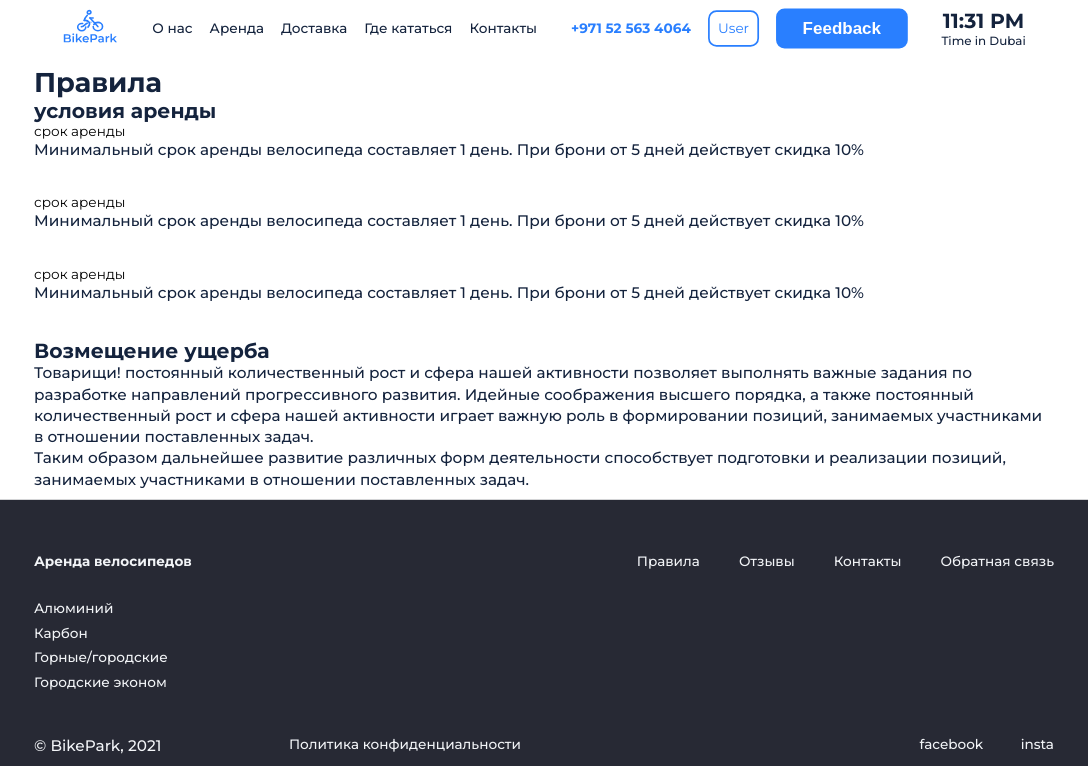
Repository: NineSirius/bikepark
Page: /delivery/rules
These files come from the project's save history. The page is drawn as it stood at one moment and after the next save; the edit follows.
The browser window is 1280 px wide. The pictures show the whole page, at 85% of full size.
The project was rebuilt for these pictures with package versions that can differ from the ones it lists, and the page was loaded fresh each time. The framework's server and built-in components were replaced by stand-ins that run in the browser. Also part of the build but not shown: next.config.js.

Above is the page before, as saved 2023-03-14 21:23:20.

### src/pages/_app.jsx
import { Layout } from '@/containers/Layout'
import '@/styles/globals.css'
import { Montserrat } from 'next/font/google'

const montserrat = Montserrat({
    weight: ['400', '500', '600', '700'],
    subsets: ['latin'],
})

export default function App({ Component, pageProps }) {
    return (
        <>
            <div className={montserrat.className}>
                <Layout>
                    <Component {...pageProps} />
                </Layout>
            </div>
        </>
    )
}

### src/pages/delivery/rules/index.jsx
import { RulesPage } from "@/containers/RulesPage";

const Rules = () => {
  return <RulesPage />;
};

export default Rules;

### src/containers/Layout/index.jsx
import { Footer } from '@/components/Footer'
import { Navbar } from '@/components/Navbar'
import React from 'react'

export const Layout = ({ children }) => {
    return (
        <>
            <Navbar />

            <main className="main">{children}</main>
            <Footer/>
        </>
    )
}

### src/styles/globals.css
*,
*::before,
*::after {
    box-sizing: border-box;
    margin: 0;
    padding: 0;
}

:root {
    --primary-color: #297fff;
    --primary-hover-color: #005eff;

    --bg-color: #f2f4f7;
    --borders-color: #dde3eb;
    --captions-color: #abb1c5;
    --text-box-color: #737b98;
    --text-color: #14233d;
    --bg-footer: #272934;

    --max-width: 1240px;

    --big-title-size: 4.375rem;
    --medium-title-size: 3.75rem;
    --subtitle-size: 2.5rem;
    --main-text-size: 1.875rem;
    --caption-size: 1.25rem;
    --link-size: 1rem;
}

a {
    color: var(--primary-color);
    font-size: 16px;
    font-weight: 500;
    text-decoration: none;
}

a:hover {
    color: var(--primary-hover-color);
    text-decoration: underline;
}
p {
    font-weight: 500;
    font-size: 18px;
    line-height: 140%;

    color: var(--text-color);
}
ul {
    list-style: none;
}

h1,
h2,
h3,
h4,
h5,
h6 {
    color: var(--text-color);
}

ul {
    list-style: none;
}
.container {
    max-width: var(--max-width);
    margin: 0 auto;
    padding: 10px 20px;
}

.card {
    background: #f2f4f7;
    border-radius: 20px;
    padding: 50px 40px;
}

.overlay {
    position: fixed;
    top: 0;
    left: 0;
    width: 100vw;
    height: 100vh;
    background: rgba(0, 0, 0, 0.5);
    z-index: 10;
    visibility: hidden;
    opacity: 0;
    transition: 0.2s;
}

.overlay.active {
    visibility: visible;
    opacity: 1;
}

### src/containers/RulesPage/index.jsx
import styles from "./RulesPage.module.css";

export const RulesPage = () => {
  return (
    <div className="container">
      <div className="cards">
        <h1 className="title">Правила</h1>
        <h2 className="subtitile">условия аренды</h2>
        <div className={styles.cards}>
          <div >
            <span className="caption">срок аренды</span>
            <p className="text">
              Минимальный срок аренды велосипеда составляет 1 день. При брони от
              5 дней действует скидка 10%
            </p>
          </div>
          <div>
            <span className="caption">срок аренды</span>
            <p className="text">
              Минимальный срок аренды велосипеда составляет 1 день. При брони от
              5 дней действует скидка 10%
            </p>
          </div>
          <div>
            <span className="caption">срок аренды</span>
            <p className="text">
              Минимальный срок аренды велосипеда составляет 1 день. При брони от
              5 дней действует скидка 10%
            </p>
          </div>

          <div>
            <h2 className="subtitle">Возмещение ущерба</h2>
            <p>
              Товарищи! постоянный количественный рост и сфера нашей активности
              позволяет выполнять важные задания по разработке направлений
              прогрессивного развития. Идейные соображения высшего порядка, а
              также постоянный количественный рост и сфера нашей активности
              играет важную роль в формировании позиций, занимаемых участниками
              в отношении поставленных задач.
            </p>
            <p>
              Таким образом дальнейшее развитие различных форм деятельности
              способствует подготовки и реализации позиций, занимаемых
              участниками в отношении поставленных задач.
            </p>
          </div>
        </div>
      </div>
    </div>
  );
};

### src/components/Footer/index.jsx
import styles from "./footer.module.css";
import Link from "next/link";
import clsx from "clsx";

export const Footer = () => {
  return (
    <footer className={styles.footer}>
      <div className={clsx(styles.footerContent, "container")}>
        <div className={styles.links}>
          <h4 className={styles.white}>Аренда велосипедов</h4>
          <div className={styles.gap}>
            <Link className={styles.a} href="">
              Правила
            </Link>
            <Link className={styles.a} href="">
              Отзывы
            </Link>
            <Link className={styles.a} href="">
              Контакты
            </Link>
            <Link className={styles.a} href="">
              Обратная связь
            </Link>
          </div>
        </div>

        <ul className={styles.ul}>
          <div className={styles.heightLink}>
            <li>
              <Link className={styles.a} href="">
                Алюминий
              </Link>
            </li>
            <li>
              <Link className={styles.a} href="">
                Карбон
              </Link>
            </li>
            <li>
              <Link className={styles.a} href="">
                Горные/городские
              </Link>
            </li>
            <li>
              <Link className={styles.a} href="">
                Городские эконом
              </Link>
            </li>
          </div>
        </ul>
        <div className={styles.last}>
          <p className={styles.white}>© BikePark, 2021</p>
          <Link className={styles.a} href="">
            Политика конфиденциальности
          </Link>
          <div className={styles.social}>
            <Link className={styles.a} href="">
              facebook
            </Link>
            <Link className={styles.a} href="">
              insta
            </Link>
          </div>
        </div>
      </div>
    </footer>
  );
};

### src/containers/RulesPage/RulesPage.module.css
@media (max-width: 1400px) {
  .cards {
    display: flex;
    flex-wrap: wrap;

    gap: 40px;
  }
}

### src/components/Footer/footer.module.css
.footer {
  background: var(--bg-footer);
}
.ul {
  padding: 10px 0;
}
.a {
  color: var(--bg-color);
}
.df {
  display: flex;
  justify-content: space-between;
  max-width: 600px;
}
.links {
  margin-top: 53px;
  display: flex;
  justify-content: space-between;
}
.gap {
  display: flex;
  gap: 46px;
}
.white {
  color: var(--bg-color);
}
.heightLink {
  display: flex;
  margin-top: 26px;
  flex-direction: column;
  gap: 10px;
}
.last {
  display: flex;
  justify-content: space-between;
}
.social {
  display: flex;
  gap: 44px;
  margin-left: auto;
}

.last {
  display: flex;
  margin-top: 44px;

  gap: 150px;
}

### src/components/UI/Button/index.jsx
import clsx from 'clsx'
import styles from './Button.module.css'

const Button = ({ children, type, onClick, disabled }) => {
    return (
        <button
            className={clsx(styles.btn, type && styles[type])}
            onClick={onClick && onClick}
            disabled={disabled && disabled}
        >
            {children}
        </button>
    )
}

export default Button

### src/components/Navbar/style.module.css
.header {
    display: flex;
}

.logo {
    max-width: 66px;
}

.nav {
    display: flex;
    align-items: center;
    gap: 20px;
}

.navContainer {
    display: flex;
    align-items: center;
    gap: 40px;
    padding: 20px 40px;
}

.mobileNavContainer {
    display: flex;
    align-items: center;
    gap: 40px;
}

.navLink {
    color: var(--text-color);
}

.navLink.active {
    color: var(--primary-color);
    font-weight: 700;
}

.navLink:hover {
    text-decoration: none;
}

.controls {
    display: flex;
    align-items: center;
    gap: 20px;
}

.phone {
    font-weight: 700;
}

.navTime {
    display: flex;
    flex-direction: column;
    align-items: center;
}

.navTime span {
    font-weight: 500;
    color: var(--text-color);
    font-size: 14px;
}

.hamburger {
    display: none;
}

/* Modal */

@media (max-width: 1200px) {
    .navContainer {
        align-items: start;
    }

    .mobileNavContainer {
        justify-content: center;
        align-items: center;
        flex-direction: column;
    }
    .controls {
        margin-left: auto;
        order: 2;
    }

    .logo {
        order: 1;
    }

    .nav {
        order: 3;
    }

    .navTime {
        width: max-content;
    }
}

@media (max-width: 768px) {
    .navContainer {
        position: relative;
        width: 100vw;
        gap: 10px;
    }

    .logo {
        margin-right: auto;
        z-index: 13;
    }
    .navTime {
        margin-left: auto;
    }

    .mobileNavContainer {
        position: fixed;
        bottom: 0;
        right: 0;
        width: 100vw;
        height: 100%;
        flex-wrap: nowrap;
        flex-direction: column;
        align-items: start;
        background: #fff;
        z-index: 11;

        transition: 0.2s;
        transform: translateX(100%);
    }

    .mobileNavContainer .nav {
        padding: 40px;
        align-items: start;
        flex-direction: column;
        gap: 40px;
        order: 1;
    }

    .mobileNavContainer .nav a {
        font-size: 24px;
    }

    .mobileNavContainer .controls {
        width: 100%;
        display: flex;
        flex-direction: column;
        margin: unset;
        padding: 40px;
    }

    .logo,
    .navTime {
        z-index: 15;
    }

    .mobileNavContainer.active {
        transform: translateX(0);
    }
}

### src/components/UI/Tooltip/index.jsx
import clsx from 'clsx'
import { useState } from 'react'
import Button from '../Button'
import styles from './Tooltip.module.css'

export const Tooltip = ({ children, type, title }) => {
    const [isVisible, setIsVisible] = useState(false)
    const change = () => {
        setIsVisible((state) => !state)
    }
    return (
        <>
            <div className={styles.tooltip}>
                <div className={styles.btn}>
                    <label>
                        <input type="checkbox" onChange={change} />
                        <span className={isVisible && styles.active}>
                            {title}
                        </span>
                    </label>
                </div>
                <div
                    className={clsx(
                        styles.tooltipContent,
                        type && styles[type],
                        isVisible && styles.active,
                    )}
                >
                    {children}
                </div>
            </div>

            <div
                className={clsx(styles.overlay, isVisible && styles.active)}
                onClick={change}
            ></div>
        </>
    )
}

### src/components/Hamburger/index.jsx
import hamburgerCss from './hamburger.module.css'

import clsx from 'clsx'

export const Hamburger = ({ onClick, isActive }) => {
    return (
        <div
            className={clsx(
                hamburgerCss.hamburger,
                hamburgerCss['hamburger--slider'],
                isActive && hamburgerCss['is-active'],
            )}
            onClick={onClick}
        >
            <div className={hamburgerCss['hamburger-box']}>
                <div className={hamburgerCss['hamburger-inner']}></div>
            </div>
        </div>
    )
}

### src/components/Navbar/ContactForm/index.jsx
import { Modal } from '@/components/UI/Modal'
import { Input } from '@/components/UI/Input'
import Button from '@/components/UI/Button'
import styles from './ContactForm.module.css'
import { CheckBox } from '@/components/UI/Checkbox'
import { useState } from 'react'
import { postQuestionRequest } from '@/api/requests'

export const ContactForm = ({ feedbackActive, setFeedbackActive }) => {
    const [contactData, setContactData] = useState({
        name: '',
        phone: '',
        agreement: false,
    })

    const change = (e) => {
        setContactData((contactData) => {
            if (e.target.name !== 'agreement') {
                console.log(e.target.value)
                return {
                    ...contactData,
                    [e.target.name]: e.target.value,
                }
            } else {
                console.log(e.target.checked)

                return {
                    ...contactData,
                    [e.target.name]: e.target.checked,
                }
            }
        })
    }

    const submit = (e) => {
        e.preventDefault()
        // postQuestionRequest(contactData)
    }

    return (
        <Modal
            isVisible={feedbackActive}
            close={() => setFeedbackActive(false)}
        >
            <h2 className={styles.title}>
                Есть вопросы? Оставьте номер, и мы все обсудим
            </h2>

            <form onSubmit={submit}>
                <div className={styles.contactForm}>
                    <Input
                        type="text"
                        placeholder="Имя*"
                        name="name"
                        onChange={change}
                        required
                    />
                    <Input
                        type="text"
                        placeholder="Номер телефона*"
                        name="phone"
                        onChange={change}
                        required
                    />

                    <div className={styles.formCheck}>
                        <CheckBox
                            type="default"
                            onChange={change}
                            name="agreement"
                            required
                        />
                        <h4 className={styles['check-title']}>
                            Согласие на обработку персональных данных
                        </h4>
                    </div>

                    <Button
                        type="default_fill"
                        disabled={!contactData.agreement}
                    >
                        Отправить
                    </Button>
                </div>
            </form>
        </Modal>
    )
}

### src/components/UI/Button/Button.module.css
.btn {
    display: inline-flex;
    justify-content: center;
    align-items: center;
    color: #fff;
    font-weight: 700;
    border: unset;
    background: var(--primary-color);
    font-size: 20px;
    border-radius: 10px;
    transition: 0.2s;
}

.default,
.default_fill {
    padding: 20px 0;
    min-width: 260px;
}

.default_fill {
    width: 100%;
    font-weight: 500;
}

.default_small,
.nav_default_small {
    padding: 12px 31px;
}

.default:hover,
.default_small:hover,
.nav_default_small:hover,
.default_fill:hover {
    cursor: pointer;
    background: var(--primary-hover-color);
}

.default:disabled,
.default_small:disabled,
.nav_default_small:disabled,
.default_fill:disabled {
    background: var(--borders-color);
}

.default:disabled:hover,
.default_small:disabled:hover,
.nav_default_small:disabled:hover,
.default_fill:disabled:hover {
    cursor: not-allowed;
    background: var(--borders-color);
}

.square_outline {
    cursor: pointer;
    padding: 10px 15px;
    background: none;
    color: var(--primary-color);
    border: 2px solid var(--primary-color);
}

.square_outline:hover {
    background: var(--primary-color);
    color: #fff;
    border: 2px solid var(--primary-hover-color);
}

@media (max-width: 768px) {
    .nav_default_small {
        width: 100%;
        font-weight: 500;
    }
}

### src/components/UI/Tooltip/Tooltip.module.css
.tooltip {
    position: relative;
    display: inline-flex;
}

.tooltip input {
    display: none;
}

.tooltip span {
    display: inline-flex;
    border: 2px solid var(--primary-color);
    padding: 10px;
    border-radius: 10px;
    color: var(--primary-color);
    transition: 0.2s;
}

.tooltip span:hover {
    cursor: pointer;
    background: var(--primary-color);
    color: #fff;
}

.tooltip span.active {
    background: var(--primary-color);
    color: #fff;
}

.tooltipContent {
    width: max-content;
    max-width: 260px;
    position: absolute;
    top: 45px;
    left: 50%;
    transform: translateX(-50%);
    background: #ffffff;
    border: 1px solid var(--borders-color);
    border-radius: 2px;
    padding: 10px 24px;
    border-radius: 10px;
    z-index: 101;
    visibility: hidden;
    opacity: 0;
    transition: 0.2s;
}

.tooltipContent::before,
.tooltipContent::after {
    content: '';
    position: absolute;
    left: 50%;
    transform: translateX(-50%);
    top: -20px;
    border: 10px solid transparent;
    border-bottom: 10px solid var(--borders-color);
}
.tooltipContent::after {
    border-bottom: 10px solid white;
    top: -19px;
}

.tooltipContent.active {
    visibility: visible;
    opacity: 1;
}

.account {
    display: flex;
    flex-direction: column;
    gap: 10px;
}

.account a {
    color: var(--text-color);
}
.account a:hover {
    color: var(--text-color);
}

.overlay {
    position: fixed;
    top: 0;
    left: 0;
    width: 100vw;
    height: 100vh;
    z-index: 100;

    display: none;
}

.overlay.active {
    display: block;
}

### src/components/Hamburger/hamburger.module.css
.hamburger {
    padding: 15px 0;
    display: none;
    cursor: pointer;
    transition-property: opacity, filter;
    transition-duration: 0.15s;
    transition-timing-function: linear;
    font: inherit;
    color: inherit;
    text-transform: none;
    background-color: transparent;
    border: 0;
    margin: 0;
    overflow: visible;
    z-index: 12;
}
.hamburger:hover {
    opacity: 0.7;
}
.hamburger.is-active:hover {
    opacity: 0.7;
}
.hamburger.is-active .hamburger-inner,
.hamburger.is-active .hamburger-inner::before,
.hamburger.is-active .hamburger-inner::after {
    background-color: #000;
}

.hamburger-box {
    width: 40px;
    height: 24px;
    display: inline-block;
    position: relative;
}

.hamburger-inner {
    display: block;
    top: 50%;
    margin-top: -2px;
}
.hamburger-inner,
.hamburger-inner::before,
.hamburger-inner::after {
    width: 40px;
    height: 4px;
    background-color: #000;
    border-radius: 4px;
    position: absolute;
    transition-property: transform;
    transition-duration: 0.15s;
    transition-timing-function: ease;
}
.hamburger-inner::before,
.hamburger-inner::after {
    content: '';
    display: block;
}
.hamburger-inner::before {
    top: -10px;
}
.hamburger-inner::after {
    bottom: -10px;
}

.hamburger--slider .hamburger-inner {
    top: 2px;
}
.hamburger--slider .hamburger-inner::before {
    top: 10px;
    transition-property: transform, opacity;
    transition-timing-function: ease;
    transition-duration: 0.15s;
}
.hamburger--slider .hamburger-inner::after {
    top: 20px;
}

.hamburger--slider.is-active .hamburger-inner {
    transform: translate3d(0, 10px, 0) rotate(45deg);
}
.hamburger--slider.is-active .hamburger-inner::before {
    transform: rotate(-45deg) translate3d(-5.71429px, -6px, 0);
    opacity: 0;
}
.hamburger--slider.is-active .hamburger-inner::after {
    transform: translate3d(0, -20px, 0) rotate(-90deg);
}

.hamburger--slider-r .hamburger-inner {
    top: 2px;
}
.hamburger--slider-r .hamburger-inner::before {
    top: 10px;
    transition-property: transform, opacity;
    transition-timing-function: ease;
    transition-duration: 0.15s;
}
.hamburger--slider-r .hamburger-inner::after {
    top: 20px;
}

.hamburger--slider-r.is-active .hamburger-inner {
    transform: translate3d(0, 10px, 0) rotate(-45deg);
}
.hamburger--slider-r.is-active .hamburger-inner::before {
    transform: rotate(45deg) translate3d(5.71429px, -6px, 0);
    opacity: 0;
}
.hamburger--slider-r.is-active .hamburger-inner::after {
    transform: translate3d(0, -20px, 0) rotate(90deg);
}

@media (max-width: 768px) {
    .hamburger {
        display: inline-flex;
    }
}

### src/components/UI/Modal/index.jsx
import clsx from 'clsx'
import styles from './Modal.module.css'

export const Modal = ({ children, isVisible, close }) => {
    return (
        <>
            <div className={clsx(styles.modal, isVisible && styles.active)}>
                {children}
            </div>

            <div
                className={clsx('overlay', isVisible && 'active')}
                onClick={close}
            ></div>
        </>
    )
}

### src/components/UI/Input/index.jsx
import styles from './style.module.css'

export const Input = ({ type, placeholder, onChange, name, required }) => {
    return (
        <>
            <label>
                <div className={styles.inputWrap}>
                    <input
                        type={type}
                        name={name && name}
                        onChange={onChange && onChange}
                        placeholder={placeholder}
                        required={required && required}
                    />
                </div>
            </label>
        </>
    )
}

### src/components/Navbar/ContactForm/ContactForm.module.css
.contactForm {
    display: flex;
    flex-direction: column;
    gap: 20px;
}

.title {
    margin-bottom: 35px;
    font-weight: 600;
    font-size: 28px;
}

.formCheck {
    display: flex;
    align-items: center;
    gap: 15px;
}

.check-title {
    font-weight: 500;
}

### src/components/UI/Checkbox/index.jsx
import styles from './Checkbox.module.css'

export const CheckBox = ({ type, onChange, name, required }) => {
    return (
        <label>
            <div className={styles.checkbox}>
                <input
                    type="checkbox"
                    onChange={onChange && onChange}
                    name={name && name}
                    required={required && required}
                />
                <span className={type && styles[type]}></span>
            </div>
        </label>
    )
}

### src/components/UI/Modal/Modal.module.css
.modal {
    max-width: 640px;
    position: fixed;
    top: 50%;
    left: 50%;
    transform: translate(-50%, -50%);

    background: #ffffff;
    border-radius: 15px;
    padding: 40px;

    visibility: hidden;
    opacity: 0;
    transition: 0.2s;
    z-index: 12;
}

.modal.active {
    visibility: visible;
    opacity: 1;
}

### src/components/UI/Input/style.module.css
.inputWrap {
    width: 100%;
    background: #ffffff;
    border: 1px solid #dde3eb;
    border-radius: 15px;
    padding: 20px;
}

.inputWrap input {
    display: inline-flex;
    border: unset;
    background: unset;
    outline: unset;
    color: var(--text-color);
    font-weight: 500;
    font-size: 18px;
}

.inputWrap input::placeholder {
    font-weight: 500;
    font-size: 18px;
    color: var(--text-box-color);
}

### src/components/UI/Checkbox/Checkbox.module.css
.checkbox input[type='checkbox'] {
    display: none;
}

.default {
    display: flex;
    border: 1px solid var(--borders-color);
    background: #fff;
    width: 32px;
    height: 32px;
    border-radius: 10px;
    transition: 0.2s;
    justify-content: center;
    align-items: center;
}

.checkbox:hover {
    cursor: pointer;
}

.checkbox input[type='checkbox']:checked + .default {
    background: var(--primary-color);
    border: unset;
}

.checkbox input[type='checkbox']:checked + .default::before {
    content: '✓';
    color: #fff;
    font-size: 20px;
}

Loaded but not shown: src/pages/_document.js (common file); src/components/Navbar/navData.js (27 lines, source omitted); src/api/requests.js (9 lines, source omitted); src/components/Navbar/index.jsx (110 lines, source omitted)

After the next save:
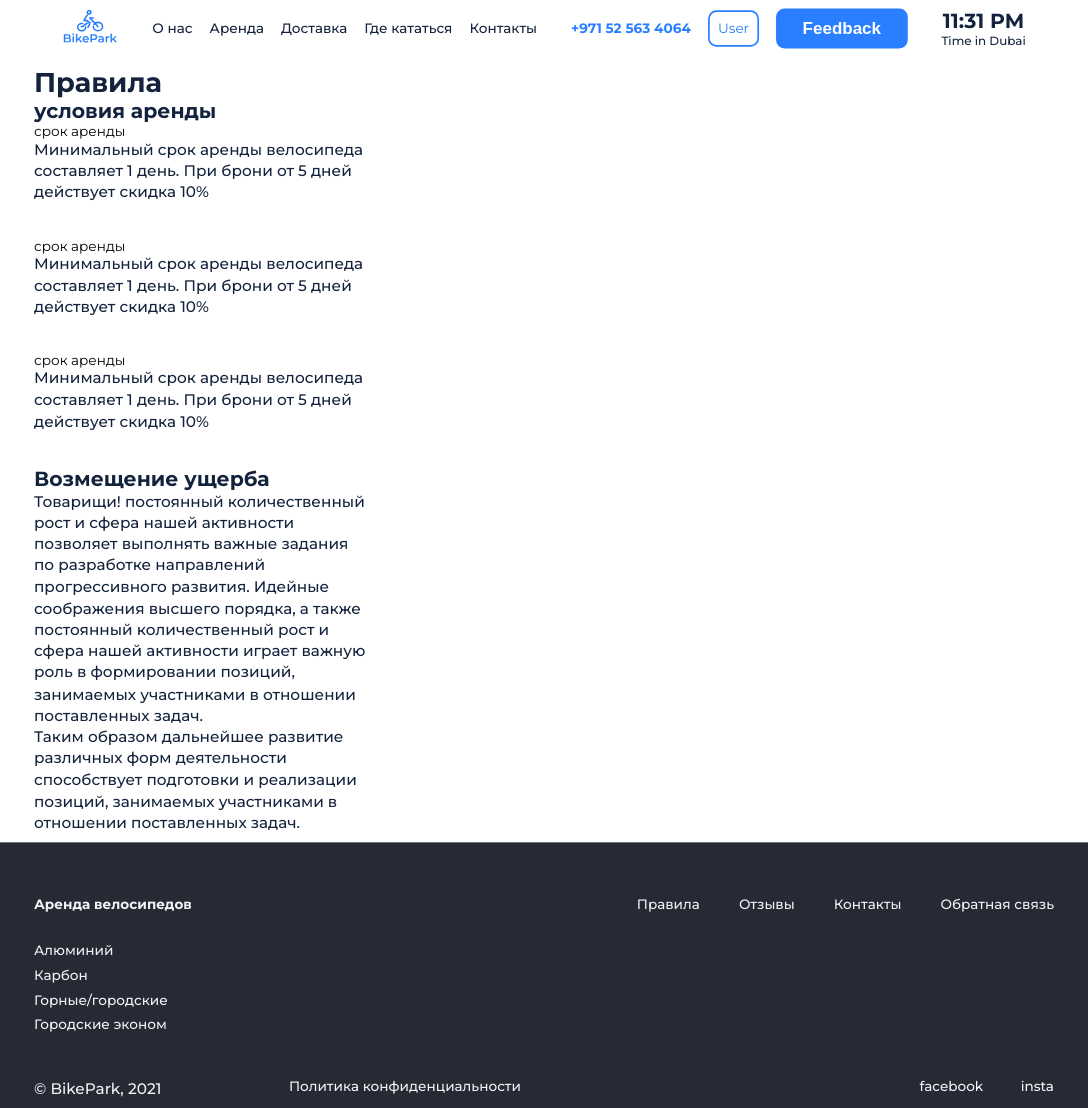
Saved 7 min 20 s later.
--- a/src/containers/RulesPage/RulesPage.module.css
+++ b/src/containers/RulesPage/RulesPage.module.css
@@ -6,3 +6,8 @@
     gap: 40px;
   }
 }
+
+.cards {
+  width: 33%;
+  flex-basis: 33%;
+}
